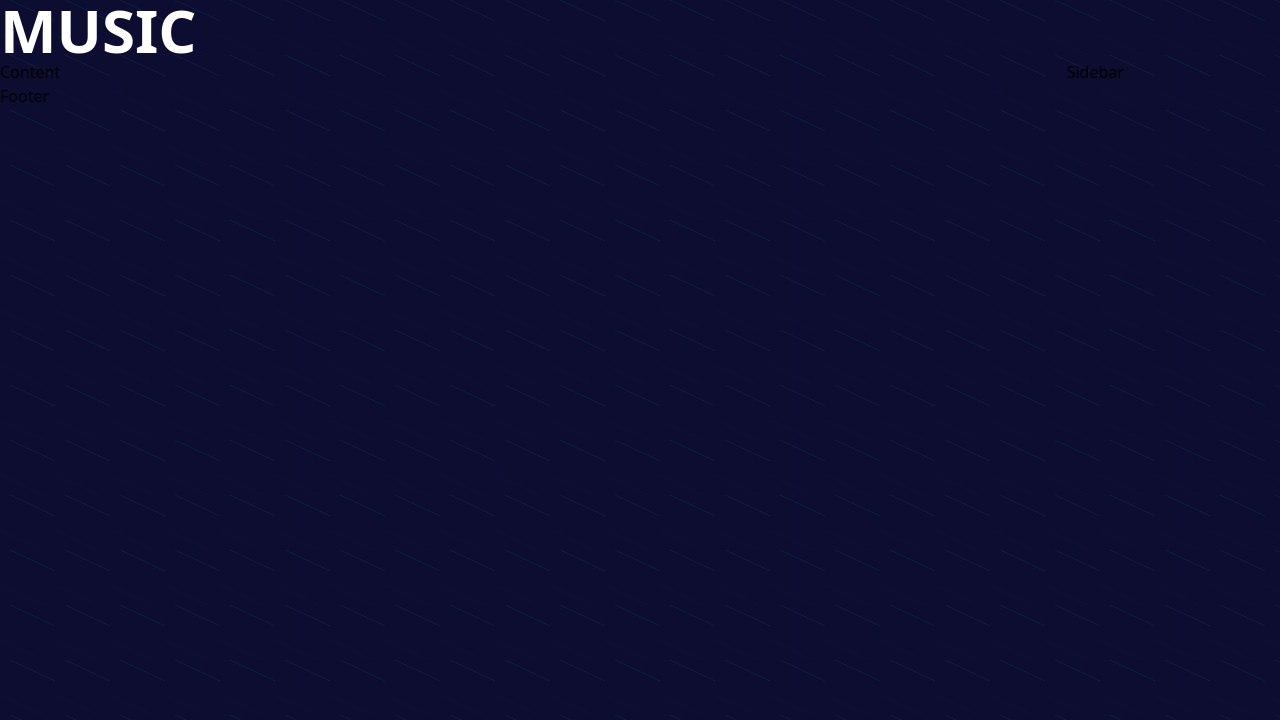
Repository: ItsMe-Pal/something
Page: index.html
An editor plug-in stored every save of this project. The page is shown before and after a run of saves, followed by the edit.
The browser window is 1280 px wide. The pictures show the whole page.
The style sheet was rebuilt from its Sass, Less or Tailwind sources for each picture, by a compiler version that may differ from the author's.

Above is the page before, as saved 2025-06-22 18:38:01.

### index.html
<!DOCTYPE html>
<html lang="en">
<head>
    <meta charset="UTF-8">
    <meta name="viewport" content="width=device-width, initial-scale=1.0">
    <title></title>

    <link rel="stylesheet" href="/manifest.json">

    <script src="https://cdn.jsdelivr.net/npm/@tailwindcss/browser@4"></script>
    <script src="https://code.jquery.com/jquery-3.7.1.js" integrity="sha256-eKhayi8LEQwp4NKxN+CfCh+3qOVUtJn3QNZ0TciWLP4=" crossorigin="anonymous"></script>

    <link rel="stylesheet" href="/styles/main.css">
</head>
<body>
    <div id="bg">

    <div class="relative flex gap-[2%] flex-wrap content-start">
        <div class="w-full h-[5%]">

                <span class="word1">MUSIC</span>

        </div>
        <div class="grow h-3/4">Content</div>
        <div class="w-1/6 h-3/4">Sidebar</div>
        <div class="w-full h-[5%]">Footer</div>
      </div>

    </div>
    <script src="/src/main.js"></script>
</body>
</html>

### styles/main.scss
@use "./customs.scss";


#bg {
    position: relative;
    width: 100%;
    height: 100vh;
    --color: #001f3fe8;
    background-color: #001d33;
    background-image: linear-gradient(205deg, transparent 24%, var(--color) 25%, #0e7e87 26%, transparent 27%, transparent 74%, rgba(0, 58, 86, 0.9098039216) 75%, var(--color) 76%, transparent 77%, transparent), linear-gradient(90deg, transparent 24%, var(--color) 25%, rgba(27, 26, 17, 0.9098039216) 26%, transparent 27%, transparent 74%, rgba(19, 18, 19, 0.9098039216) 75%, var(--color) 76%, transparent 77%, transparent);
    background-size: 55px 55px;
  }
#bg:before {
    content: "";
    position: absolute;
    left: 0;
    top: 0;
    width: 100%;
    background-color: #100930c9;
    height: 100%;
}
  .word1 {
    font-size: 3.75rem;
    line-height: 1;
    font-weight: 700;
    color: #fff
  }

Loaded but not shown: manifest.json (58 lines, source omitted); src/main.js (6 lines, source omitted); styles/customs.scss (846 lines, source omitted)

After the next 2 saves:
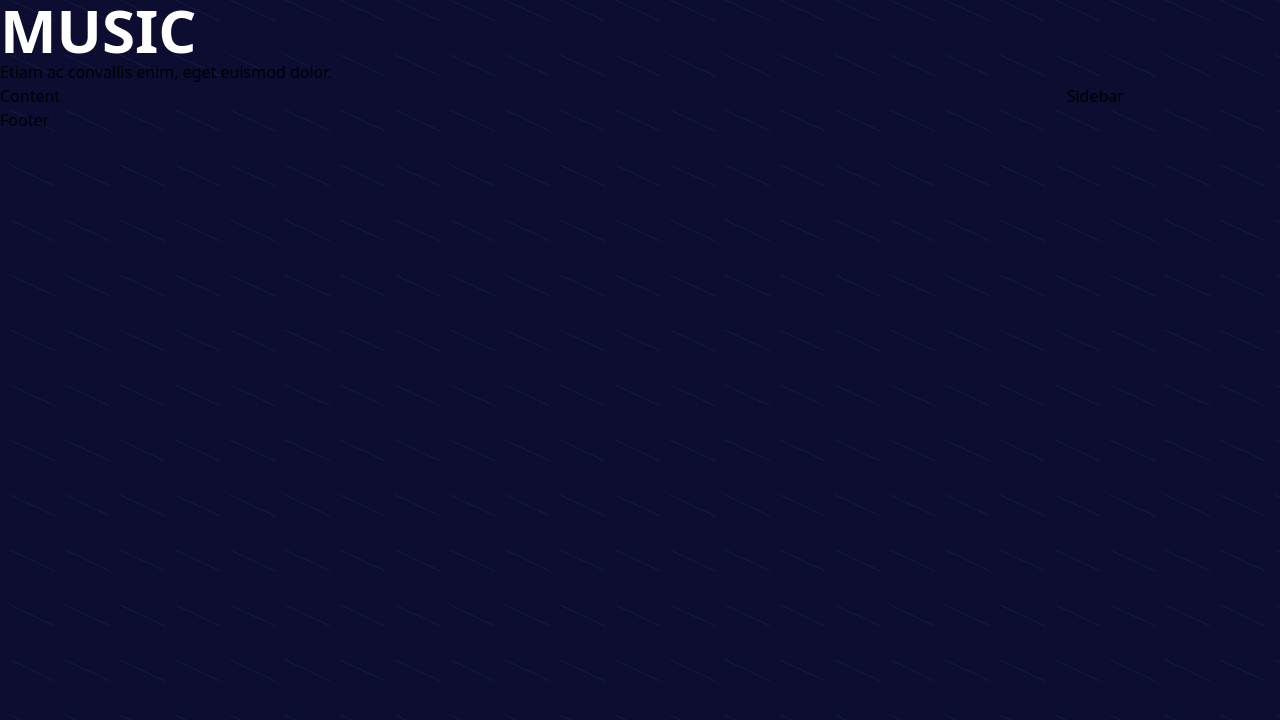
The 2 saves are shown as one change because they came seconds apart.
The last was saved 29 s later.
--- a/index.html
+++ b/index.html
@@ -19,6 +19,7 @@
         <div class="w-full h-[5%]">
 
                 <span class="word1">MUSIC</span>
+                <p class="word2">Etiam ac convallis enim, eget euismod dolor.</p>
 
         </div>
         <div class="grow h-3/4">Content</div>
